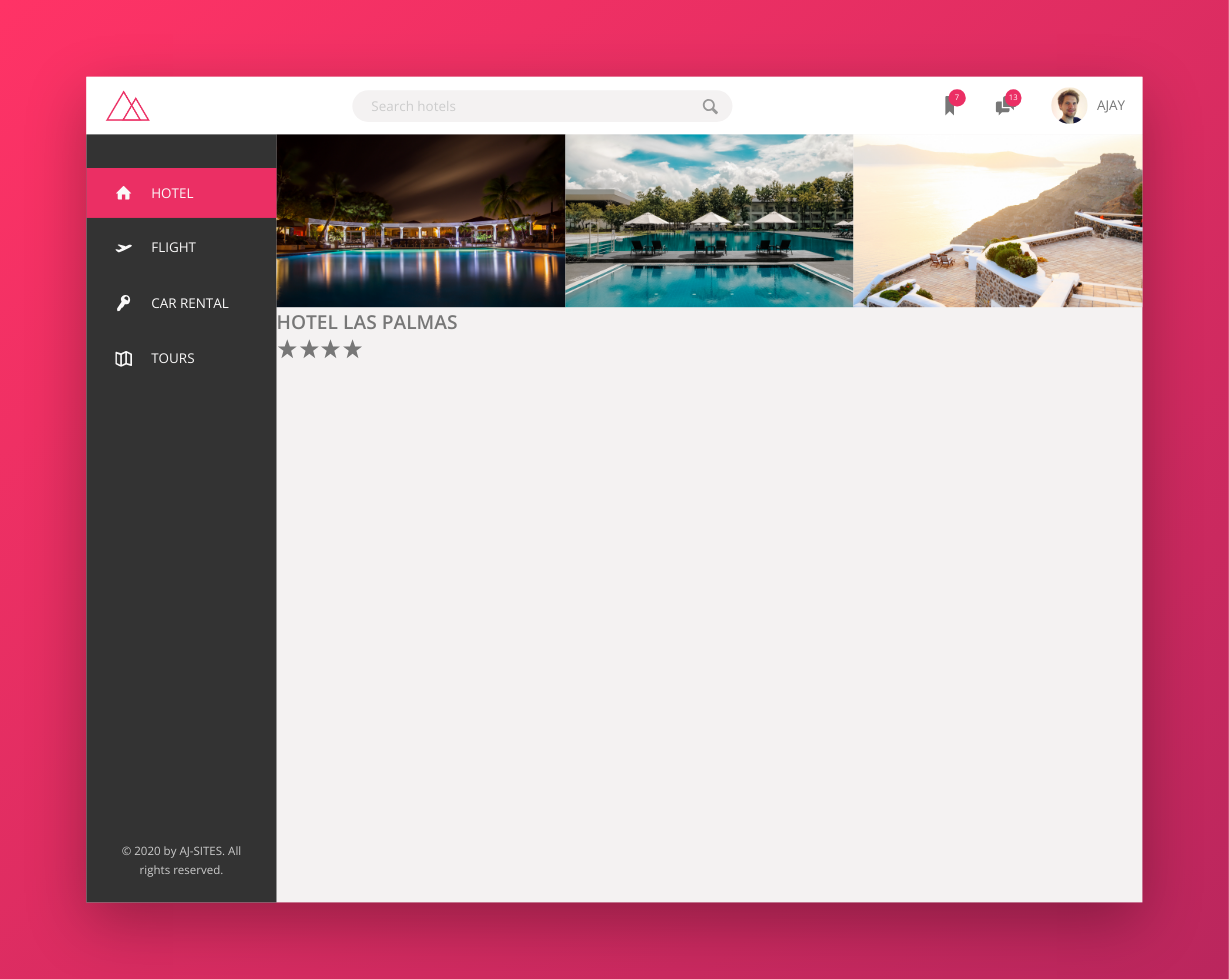
Repository: ajayaj2001/modern-Hotel
Page: /
An editor plug-in stored every save of this project. The page is shown before and after the next save, followed by the edit.
The browser window is 1280 px wide. The pictures show the whole page, at 96% of full size.
The project was rebuilt for these pictures with package versions that can differ from the ones it lists, and the page was loaded fresh each time.

Above is the page before, as saved 2020-12-13 19:40:22.

### public/index.html
<!DOCTYPE html>
<html lang="en">

<head>
  <meta charset="utf-8" />
  <link rel="icon" href="%PUBLIC_URL%/favicon.ico" />
  <meta name="viewport" content="width=device-width, initial-scale=1" />
  <meta name="theme-color" content="#000000" />
  <meta name="description" content="Web site created using create-react-app" />
  <link rel="apple-touch-icon" href="%PUBLIC_URL%/logo192.png" />
  <link rel="preconnect" href="https://fonts.gstatic.com">
  <link href="https://fonts.googleapis.com/css2?family=Open+Sans:wght@300;400;600&display=swap" rel="stylesheet">
  <!--
      manifest.json provides metadata used when your web app is installed on a
      user's mobile device or desktop. See https://developers.google.com/web/fundamentals/web-app-manifest/
    -->
  <link rel="manifest" href="%PUBLIC_URL%/manifest.json" />
  <!--
      Notice the use of %PUBLIC_URL% in the tags above.
      It will be replaced with the URL of the `public` folder during the build.
      Only files inside the `public` folder can be referenced from the HTML.

      Unlike "/favicon.ico" or "favicon.ico", "%PUBLIC_URL%/favicon.ico" will
      work correctly both with client-side routing and a non-root public URL.
      Learn how to configure a non-root public URL by running `npm run build`.
    -->
  <title>React App</title>
</head>

<body>
  <noscript>You need to enable JavaScript to run this app.</noscript>
  <div id="root"></div>
  <!--
      This HTML file is a template.
      If you open it directly in the browser, you will see an empty page.

      You can add webfonts, meta tags, or analytics to this file.
      The build step will place the bundled scripts into the <body> tag.

      To begin the development, run `npm start` or `yarn start`.
      To create a production bundle, use `npm run build` or `yarn build`.
    -->
</body>

</html>

### src/index.js
import React from 'react';
import ReactDOM from 'react-dom';
import './index.scss';
import App from '../src/app/App';

ReactDOM.render(
  <React.StrictMode>
    <App />
  </React.StrictMode>,
  document.getElementById('root')
);

### src/index.scss
@import "../src/scss/reuse.scss";
* {
  margin: 0;
  padding: 0;
}
:root {
  --color-primary: #eb2f64;
  --color-primary-light: #ff3366;
  --color-primary-dark: #ba265d;

  --color-gray-light-1: #faf9f9;
  --color-gray-light-2: #f4f2f2;
  --color-gray-light-3: #f0eeee;
  --color-gray-light-4: #ccc;

  --color-gray-dark-1: #333;
  --color-gray-dark-2: #777;
  --color-gray-dark-3: #999;
}
*,
*::before,
*::after {
  box-sizing: inherit;
}
html {
  box-sizing: border-box;
  font-size: 62.5%; //1rem=10px 10px/16px=62.5%
}
body {
  font-family: "Open Sans", sans-serif;
  -webkit-font-smoothing: antialiased;
  -moz-osx-font-smoothing: grayscale;
  font-family: "Open Sans", sans-serif;
  font-weight: 400;
  line-height: 1.6;
  background-image: linear-gradient(to right bottom, var(--color-primary-light), var(--color-primary-dark));
  background-size: cover;
  background-repeat: no-repeat;
  min-height: 100vh;
  color: var(--color-gray-dark-2);
}

### src/app/App.js
import React from 'react';
import Header from '../header/Header';
import Navigation from '../navigation/Navigation'
import Hotelview from '../hotel-view/Hotelview'
import './App.scss';
function App() {
  return (
    <div className="container">
      <Header />
      <div className="content">
        <Navigation />
        <Hotelview />
      </div>
    </div>
  );
}

export default App;

### src/scss/reuse.scss
// variables

// $primary: #eb2f64;
// $primary-light: #ff3366;
// $primary-dark: #ba265d;

// $gray-light-1: #faf9f9;
// $gray-light-2: #f4f2f2;
// $gray-light-3: #f0eeee;

// $gray-dark-1: #333;
// $gray-dark-2: #777;
// $gray-dark-3: #999;

### src/header/Header.js
import React from 'react'
import './Header.scss';
import logo from '../img/logo.png';
import user from '../img/user.jpg';
import svg from '../img/sprite.svg'
const Header = () => {
    return (
        <div className="header">
            <img src={logo} alt="logo" className="logo" />

            <form action="#" className="search">
                <input type="text" className="search__input" placeholder="Search hotels" />
                <button className="search__button">
                    <svg className="search__icon">
                        <use xlinkHref={`${svg}#icon-magnifying-glass`}></use>
                    </svg>
                </button>
            </form>
            <nav className="user-nav">
                <div className="user-nav__icon-box">
                    <svg className="user-nav__icon">
                        <use xlinkHref={`${svg}#icon-bookmark`}></use>
                    </svg>
                    <span className="user-nav__notification">7</span>
                </div>
                <div className="user-nav__icon-box">
                    <svg className="user-nav__icon">
                        <use xlinkHref={`${svg}#icon-chat`}></use>
                    </svg>
                    <span className="user-nav__notification">13</span>
                </div>
                <div className="user-nav__user">
                    <img src={user} alt="user-profile" className="user-nav__user-photo" />
                    <span className="user-nav__user-name">AJAY</span>
                </div>
            </nav>
        </div>
    )
}

export default Header

### src/navigation/Navigation.js
import React from 'react'
import './Navigation.scss'
import svg from '../img/sprite.svg'
const Navigation = () => {
    return (
        <React.Fragment>
            <nav className="sidebar">
                <ul className="side-nav">
                    <li className="side-nav__item side-nav__item--active">
                        <a href="#home" className="side-nav__link">
                            <svg className="side-nav__icon">
                                <use xlinkHref={`${svg}#icon-home`}></use>
                            </svg>
                            <span className="side-nav__text">hotel</span>
                        </a>
                    </li>
                    <li className="side-nav__item">
                        <a href="#flight" className="side-nav__link">
                            <svg className="side-nav__icon">
                                <use xlinkHref={`${svg}#icon-aircraft-take-off`}></use>
                            </svg>
                            <span className="side-nav__text">flight</span>
                        </a>
                    </li>
                    <li className="side-nav__item">
                        <a href="#car-rental" className="side-nav__link">
                            <svg className="side-nav__icon">
                                <use xlinkHref={`${svg}#icon-key`}></use>
                            </svg>
                            <span className="side-nav__text">car rental</span>
                        </a>
                    </li>
                    <li className="side-nav__item">
                        <a href="#tours" className="side-nav__link">
                            <svg className="side-nav__icon">
                                <use xlinkHref={`${svg}#icon-map`}></use>
                            </svg>
                            <span className="side-nav__text">tours</span>
                        </a>
                    </li>
                </ul>
                <div className="legal">
                    &copy; 2020 by AJ-SITES. All rights reserved.
                </div>
            </nav>
        </React.Fragment>
    )
}

export default Navigation

### src/hotel-view/Hotelview.js
import React from 'react'
import './Hotelview.scss'
import Overview from './overview/Overview'
const Hotelview = () => {
    return (
        <React.Fragment>
            <main className="hotelview">
                <Overview />
            </main>
        </React.Fragment>
    )
}

export default Hotelview

### src/app/App.scss
.container {
    max-width: 110rem;
    margin: 8rem auto;
    background-color: var(--color-gray-light-2);
    box-shadow: 0 2rem 6rem rgba(black, 0.3);
    min-height: 50rem;
}
.content {
    display: flex;
}

### src/header/Header.scss
.header {
    height: 6rem;
    background-color: #fff;
    border-bottom: var(--color-gray-light-2);
    display: flex;
    justify-content: space-between;
    align-items: center;
}
.logo {
    height: 3.25rem;
    margin-left: 2rem;
}
.search {
    display: flex;
    flex: 0 0 40%;
    align-items: center;
    justify-content: center;

    &__input {
        font-family: inherit;
        font-size: 1.4rem;
        color: inherit;
        background-color: var(--color-gray-light-2);
        border: none;
        padding: 0.7rem 2rem;
        border-radius: 10rem;
        width: 90%;
        transition: all 0.3s;
        margin-right: -3.25rem;
        &:focus {
            outline: none;
            width: 100%;
            background-color: var(--color-gray-light-3);
        }
        &::-webkit-input-placeholder {
            font-weight: 100;
            color: var(--color-gray-light-4);
        }
    }
    &__input:focus + &__button {
        background-color: var(--color-gray-light-3);
    }
    &__button {
        height: 2.8rem;
        border: none;
        background-color: var(--color-gray-light-2);
        &:focus {
            outline: none;
        }
        &:active {
            transform: translateY(2px);
        }
    }
    &__icon {
        height: 3rem;
        width: 2rem;
        fill: var(--color-gray-dark-3);
    }
}

.user-nav {
    align-self: stretch;
    display: flex;
    align-items: center;
    cursor: pointer;
    & > * {
        height: 100%;
        padding: 0 1.8rem;
        display: flex;
        align-items: center;
    }
    & > *:hover {
        background-color: var(--color-gray-light-2);
    }
    &__icon-box {
        position: relative;
    }
    &__icon {
        height: 2.25rem;
        width: 2.25rem;
        fill: var(--color-gray-dark-2);
    }
    &__notification {
        font-size: 0.8rem;
        height: 1.75rem;
        width: 1.75rem;
        border-radius: 50%;
        background-color: var(--color-primary);
        color: #fff;
        position: absolute;
        top: 1.3rem;
        right: 1.3rem;
        display: flex;
        justify-content: center;
        align-items: center;
    }
    &__user-photo {
        height: 3.75rem;
        border-radius: 50%;
        margin-right: 1rem;
    }
    &__user-name {
        font-size: 1.4rem;
    }
}

### src/navigation/Navigation.scss
.sidebar {
    background-color: var(--color-gray-dark-1);
    flex: 0 0 18%;
    display: flex;
    flex-direction: column;
    justify-content: space-between;
}
.side-nav {
    font-size: 1.4rem;
    list-style: none;
    margin-top: 3.5rem;
    &__item {
        position: relative;
        &:not(:last-child) {
            margin-bottom: 0.5rem;
        }
    }
    &__item::before {
        content: "";
        position: absolute;
        top: 0;
        left: 0;
        height: 100%;
        width: 3px;
        background-color: var(--color-primary);
        transform: scaleY(0);
        transition: transform 0.2s, width 0.4s cubic-bezier(1, 0, 0, 1) 0.2s, background-color 0.1s;
    }
    &__item:hover::before,
    &__item--active::before {
        transform: scaleY(1);
        width: 100%;
    }
    &__item:active::before {
        background-color: var(--color-primary-light);
    }
    &__link:link,
    &__link:visited {
        position: relative;
        color: var(--color-gray-light-1);
        text-decoration: none;
        text-transform: uppercase;
        display: block;
        padding: 1.5rem 3rem;
        display: flex;
        align-items: center;
        z-index: 20;
    }
    &__icon {
        width: 1.75rem;
        height: 1.75rem;
        fill: currentColor;
        margin-right: 2rem;
    }
}
.legal {
    font-size: 1.2rem;
    text-align: center;
    padding: 2.5rem;
    color: var(--color-gray-light-4);
}

### src/hotel-view/Hotelview.scss
.hotelview {
    flex: 1;
    height: 80rem;
}

### src/hotel-view/overview/Overview.js
import React from 'react'
import './Overview.scss'
import hotel1 from '../../img/hotel-1.jpg'
import hotel2 from '../../img/hotel-2.jpg'
import hotel3 from '../../img/hotel-3.jpg'
import svg from '../../img/sprite.svg'
const Overview = () => {
    return (
        <React.Fragment>
            <div className="gallery">
                <figure className="gallery__item">
                    <img src={hotel1} alt="hotel building" className="gallery__photo" />
                </figure>
                <figure className="gallery__item">
                    <img src={hotel2} alt="hotel building" className="gallery__photo" />
                </figure>
                <figure className="gallery__item">
                    <img src={hotel3} alt="hotel building" className="gallery__photo" />
                </figure>
            </div>
            <div className="overview">
                <h1 className="overview__heading">
                    HOTEL LAS PALMAS
                </h1>
                <div className="overview__stars">
                    <svg className="user-nav__icon">
                        <use xlinkHref={`${svg}#icon-star`}></use>
                    </svg>
                    <svg className="user-nav__icon">
                        <use xlinkHref={`${svg}#icon-star`}></use>
                    </svg>
                    <svg className="user-nav__icon">
                        <use xlinkHref={`${svg}#icon-star`}></use>
                    </svg>
                    <svg className="user-nav__icon">
                        <use xlinkHref={`${svg}#icon-star`}></use>
                    </svg>
                </div>
            </div>
        </React.Fragment>
    )
}

export default Overview

### src/hotel-view/overview/Overview.scss
.gallery {
    display: flex;
    &__photo {
        width: 100%;
        display: block;
    }
}

After the next save:
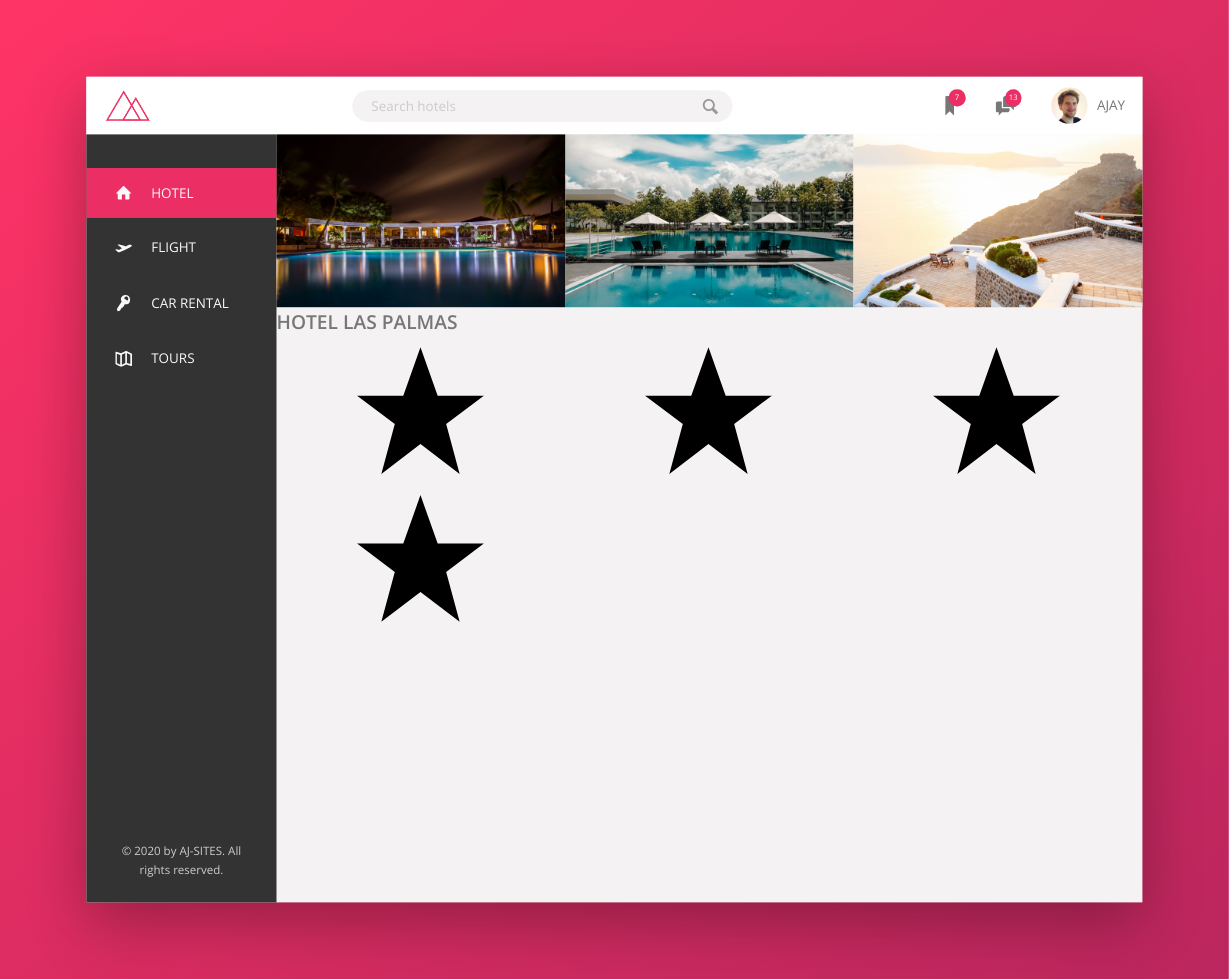
Saved 6 min 15 s later.
--- a/src/hotel-view/overview/Overview.js
+++ b/src/hotel-view/overview/Overview.js
@@ -23,16 +23,16 @@ const Overview = () => {
                     HOTEL LAS PALMAS
                 </h1>
                 <div className="overview__stars">
-                    <svg className="user-nav__icon">
+                    <svg className="overview__icon">
                         <use xlinkHref={`${svg}#icon-star`}></use>
                     </svg>
-                    <svg className="user-nav__icon">
+                    <svg className="overview__icon">
                         <use xlinkHref={`${svg}#icon-star`}></use>
                     </svg>
-                    <svg className="user-nav__icon">
+                    <svg className="overview__icon">
                         <use xlinkHref={`${svg}#icon-star`}></use>
                     </svg>
-                    <svg className="user-nav__icon">
+                    <svg className="overview__icon">
                         <use xlinkHref={`${svg}#icon-star`}></use>
                     </svg>
                 </div>
